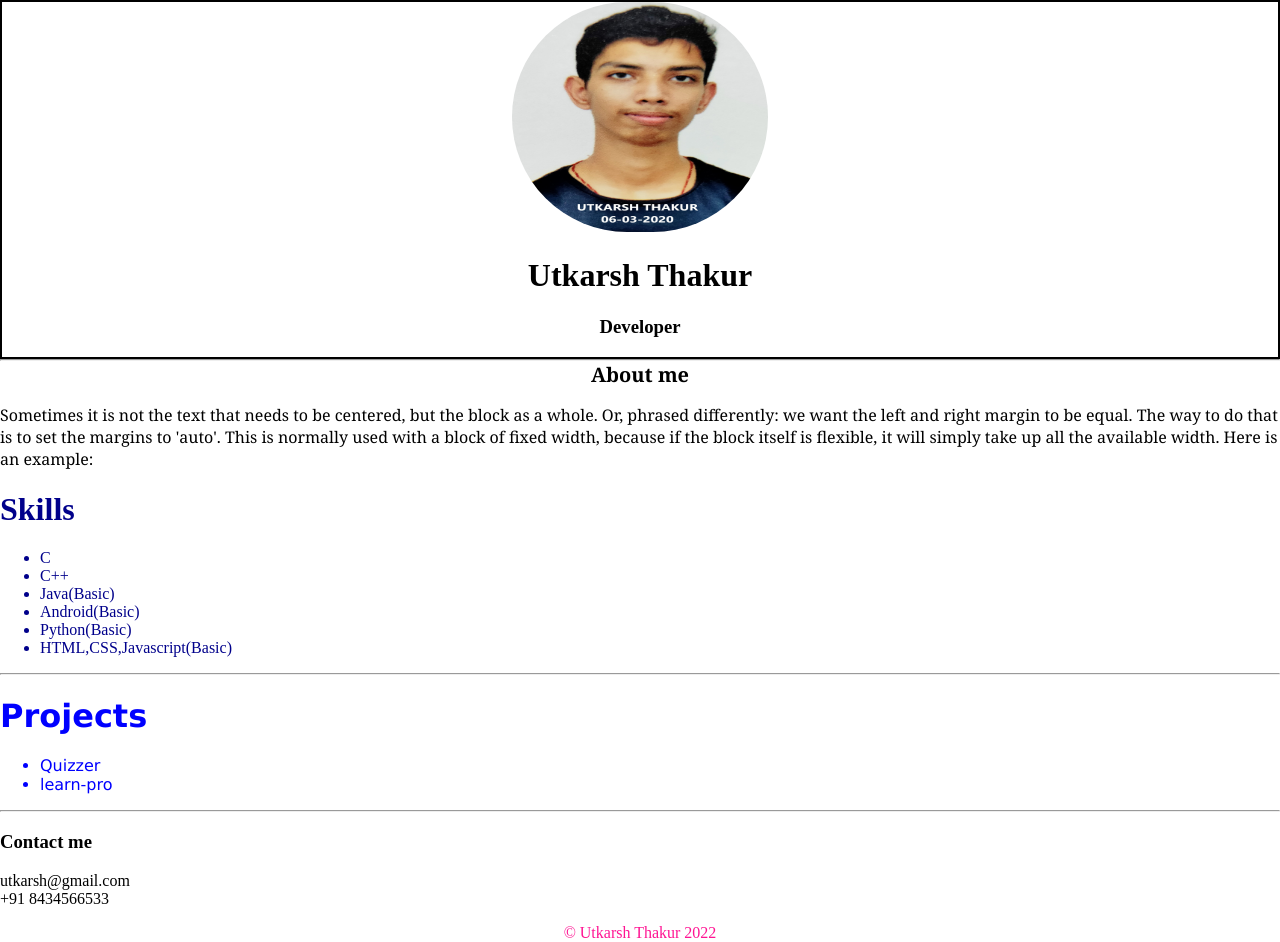
Repository: UtkarshThakur321/Utkarsh-Thakur-Profile
Page: index.html
These files come from the project's save history. The page is drawn as it stood at one moment and after the next save; the edit follows.
The browser window is 1280 px wide. The pictures show the whole page.

Above is the page before, as saved 2022-01-18 22:26:54.
Not found: main.js

After the next save:
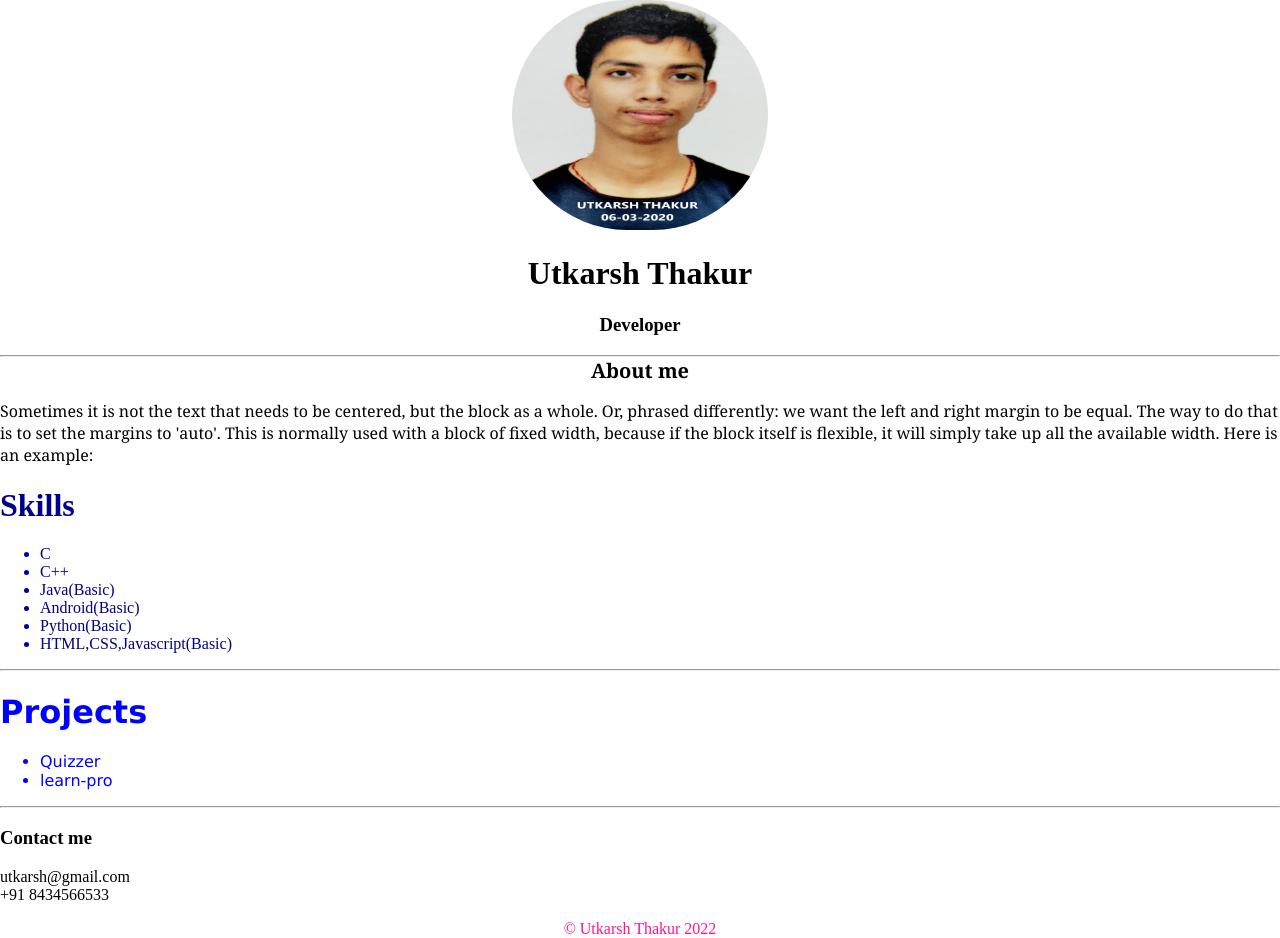
Saved 10 s later.
--- a/index.css
+++ b/index.css
@@ -4,10 +4,7 @@ body{
 
 
 }
-#intro{
-    border:2px solid black;
 
-}
 
 #profileImage>img{
     height:230px;
